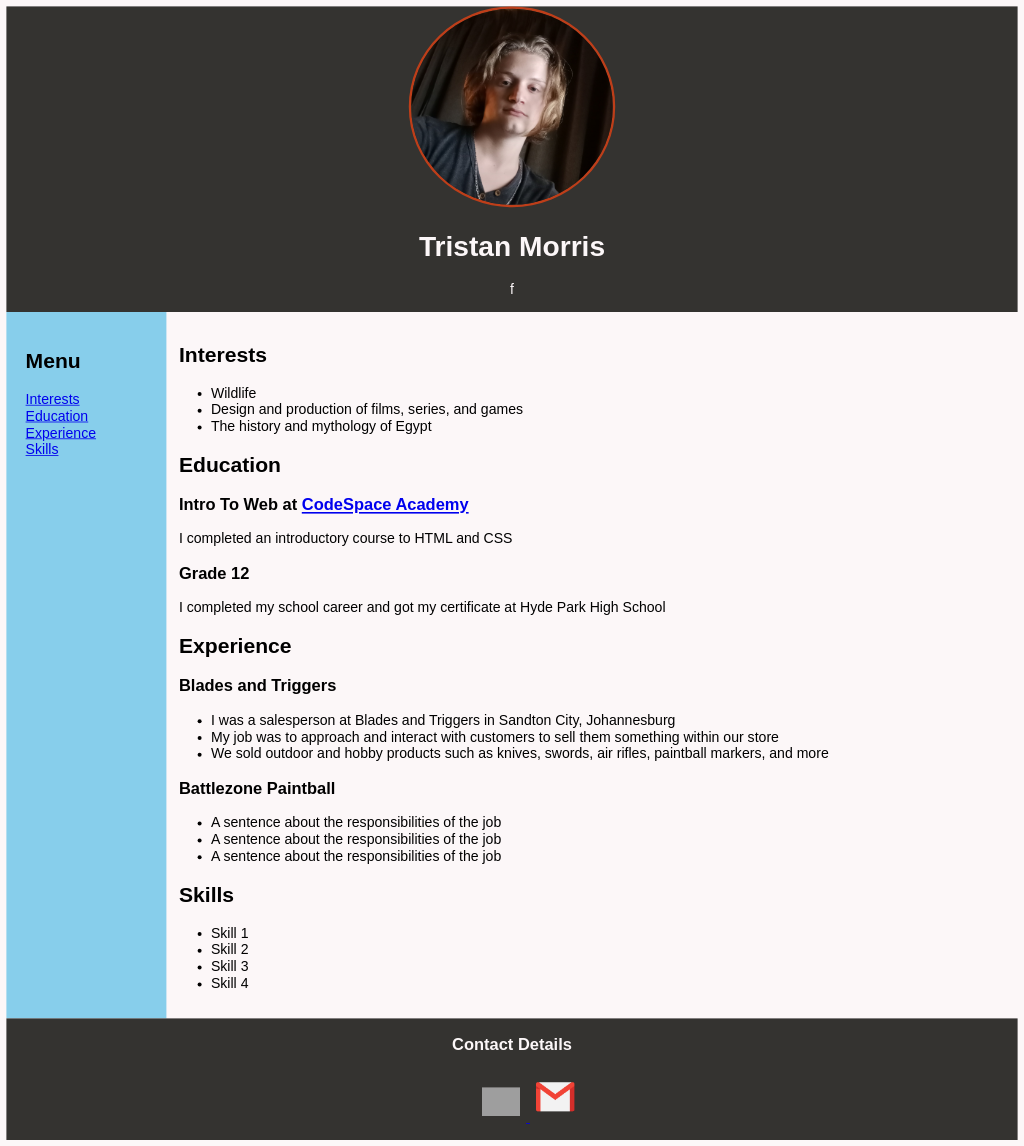
Repository: TristanKMorris/introToWebDesignAssignment
Page: resume.html
These files come from the project's save history. The page is drawn as it stood at one moment and after the next save; the edit follows.
The browser window is 1280 px wide. The pictures show the whole page, at 80% of full size.
Pictures or frames that could not be fetched are drawn as grey boxes.

Above is the page before, as saved 2022-06-02 22:32:57.

### resume.html

<!DOCTYPE html>
<html
  <head>
    <title>Tristan's Website</title>

    <link rel="stylesheet" type="text/css" href="css/stylesheet.css">

  </head>

  <body>

   <header id="heading">
        <img src="images/tristanPortrait.jpg" alt="Tristan Morris Portrait" id="profilePhoto"/>

      <h1>Tristan Morris</h1>
        <p>f</p>

    </header>

    <main class="main">

      <div id="sidebar">

        <nav>

          <h2>Menu</h2>

           <ul class="navMenu">
              <li> <a href="#interests">Interests</a> </li>
              <li> <a href="#education">Education</a> </li>
              <li> <a href="#experience">Experience</a> </li>
              <li> <a href="#skills">Skills</a> </li>
            </ul>

        </nav>

      </div>

        <div class="content">

          <h2 id="interests">Interests</h2>

          <ul>

            <li>Wildlife</li>
            <li>Design and production of films, series, and games</li>
            <li>The history and mythology of Egypt</li>

          </ul>

          <h2 id="education">Education</h2>

            <h3>Intro To Web at <a href="http://codespace.co.za/" target="_blank">CodeSpace Academy</a> </h3>

             <p>
               I completed an introductory course to HTML and CSS
             </p>

            <h3>Grade 12</h3>

             <p>
                I completed my school career and got my certificate at Hyde Park High School
              </p>

          <h2 id="experience">Experience</h2>

            <h3>Blades and Triggers</h3>

            <ul>

              <li>I was a salesperson at Blades and Triggers in Sandton City, Johannesburg</li>
              <li>My job was to approach and interact with customers to sell them something within our store</li>
              <li>We sold outdoor and hobby products such as knives, swords, air rifles, paintball markers, and more</li>

            </ul>

            <h3>Battlezone Paintball</h3>

            <ul>

              <li>A sentence about the responsibilities of the job</li>
              <li>A sentence about the responsibilities of the job</li>
              <li>A sentence about the responsibilities of the job</li>

            </ul>

          <h2 id="skills">Skills</h2>

            <ul>
              <li>Skill 1</li>
              <li>Skill 2</li>
              <li>Skill 3</li>
              <li>Skill 4</li>
            </ul>

        </div>

    </main>

    <footer>

      <h3>Contact Details</h3>
      <ul>
          <a href="http://www.instagram.com/tristan_k_morris" target="_blank">
           <img class="icons" src="images/instagramIcon.png" alt="Tristan Morris Instagram">

          </a>

          <a href="mailto: tristankm21@gmail.com" target="_blank">
           <img class="icons" src="images/gmailIcon.png" alt="Tristan Morris Email">

          </a>

      </ul>

    </footer>


  </body>
</html>

### css/stylesheet.css
body{
  font-family: sans-serif;
  font-size:110%;
  background-color: #FCF7F8;
  display: flex;
  flex-direction: column;
}

.main{
  display: flex;
  flex-direction: row;
  overflow: unset;
}

#profilePhoto{
  width: 20%;
  height: 20%;
  border-radius: 50%;
  border: 3px solid #ff4410ad;
}

header {
  text-align: center;
  justify-content: center;
}
#heading{
  font-family: sans-serif;
  font: size 110%;
  background-color: #343330;
  color: #FCF7F8;
}

footer {
  background-color: #343330;
  text-align: center;
  color: #FCF7F8;
}
#sidebar{
  width: 12%;
  background-color: skyblue;
  padding: 1.5rem;
  color: black;
}
.navMenu{
  list-style-type: none;
  padding: 0%;
}

.icons{
  width: 3rem;
  margin: 0.5rem;
  height: auto;
}

.content{
  width: auto;
  margin: 1rem;
  height: auto;
}

After the next save:
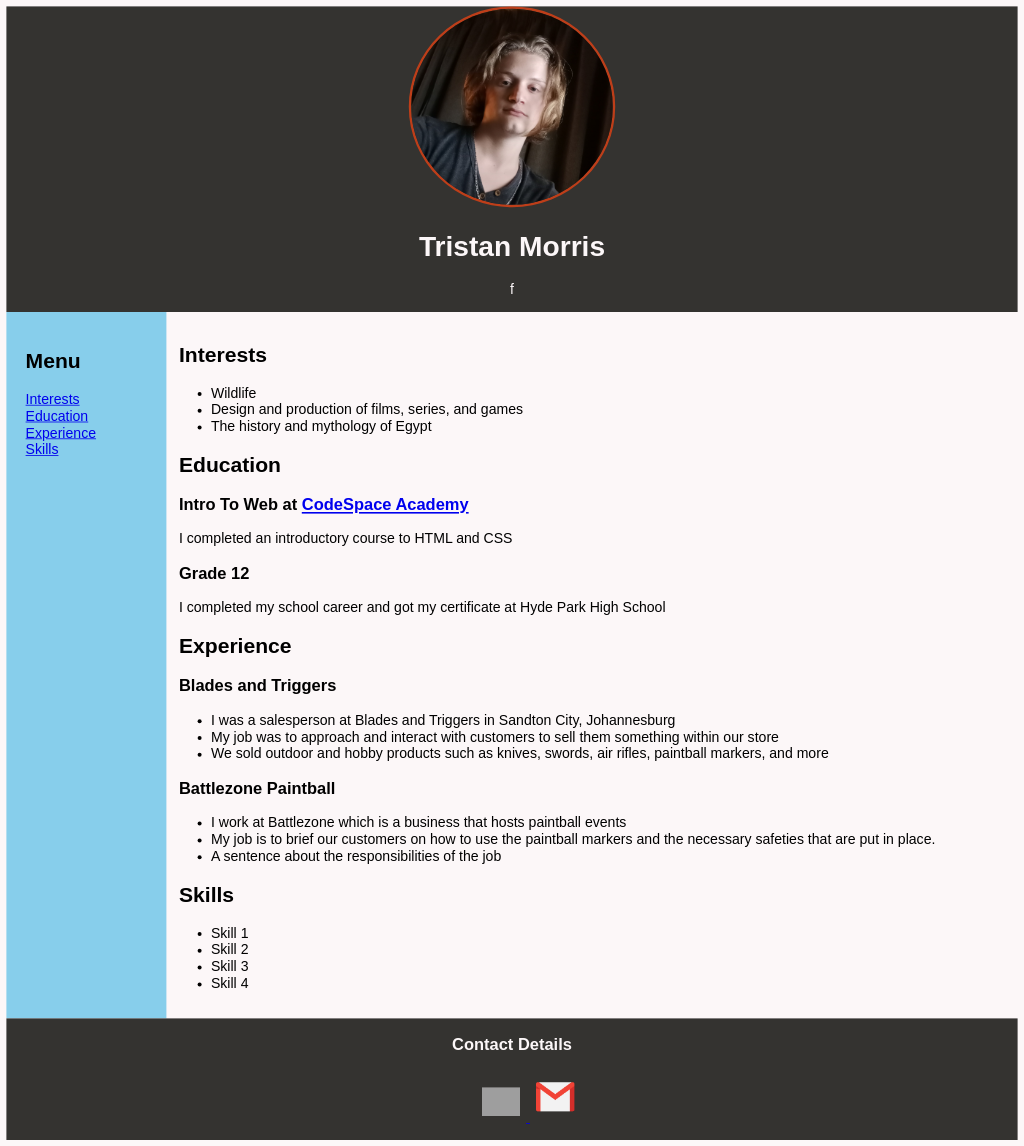
Saved 11 min 14 s later.
--- a/resume.html
+++ b/resume.html
@@ -79,8 +79,8 @@
 
             <ul>
 
-              <li>A sentence about the responsibilities of the job</li>
-              <li>A sentence about the responsibilities of the job</li>
+              <li>I work at Battlezone which is a business that hosts paintball events</li>
+              <li>My job is to brief our customers on how to use the paintball markers and the necessary safeties that are put in place.</li>
               <li>A sentence about the responsibilities of the job</li>
 
             </ul>
